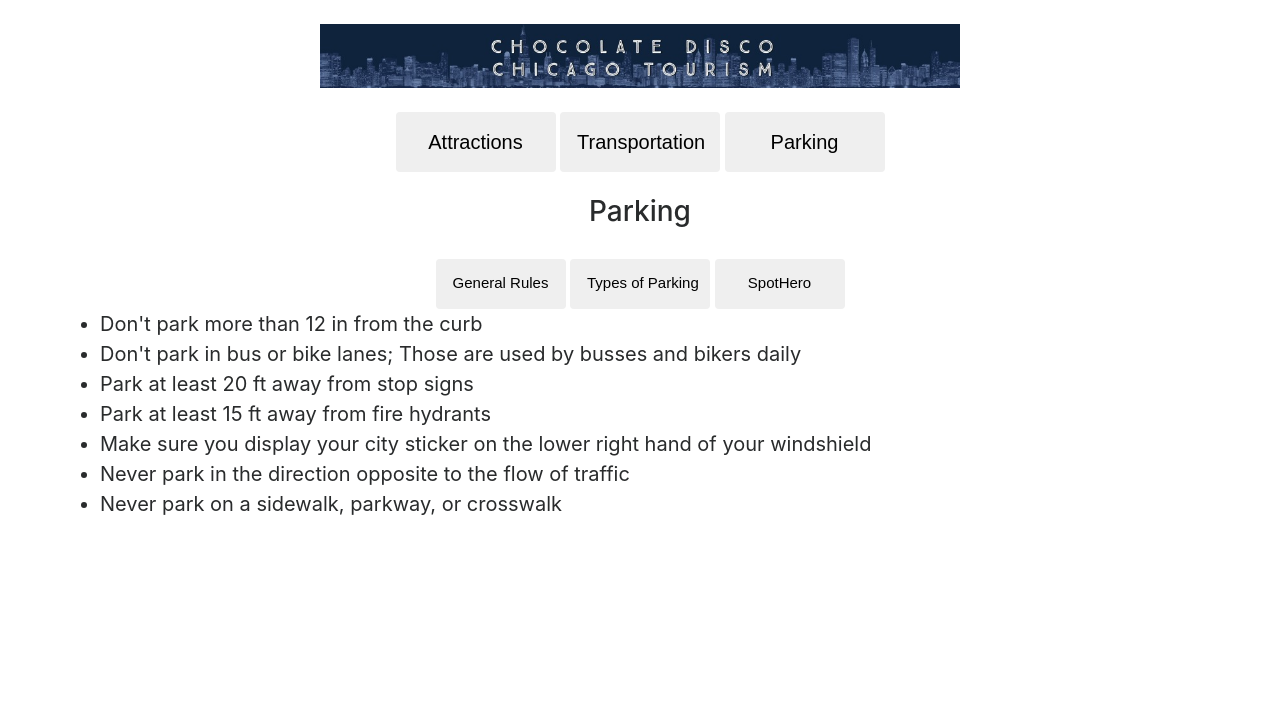
Repository: rkodit2/cs422project
Page: parking.html
An editor plug-in stored every save of this project. The page is shown before and after the next save, followed by the edit.
The browser window is 1280 px wide. The pictures show the whole page.

Above is the page before, as saved 2021-11-03 20:01:11.

After the next save:
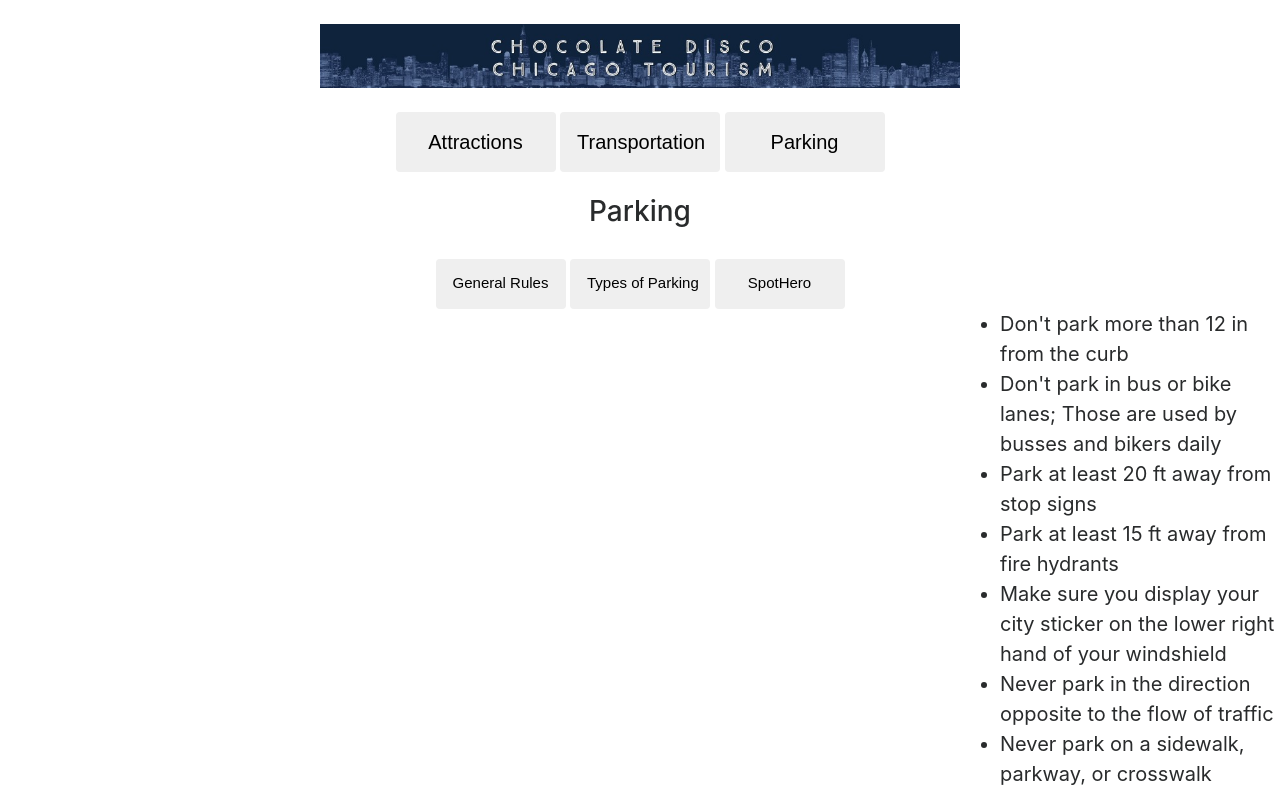
Saved 7 s later.
--- a/parking.html
+++ b/parking.html
@@ -30,7 +30,7 @@
                 <button type ="button" id="Parking" class="btn" onclick="location.href='#';" style="width: 130px; height: 50px; font-size: 15px;"> SpotHero </button>
             </div>
 
-            <ul style="padding-left: 100px;">
+            <ul style="padding-left: 1000px;">
                 <li>Don't park more than 12 in from the curb</li>
 
                 <li>Don't park in bus or bike lanes; Those are used by busses and bikers daily</li>
